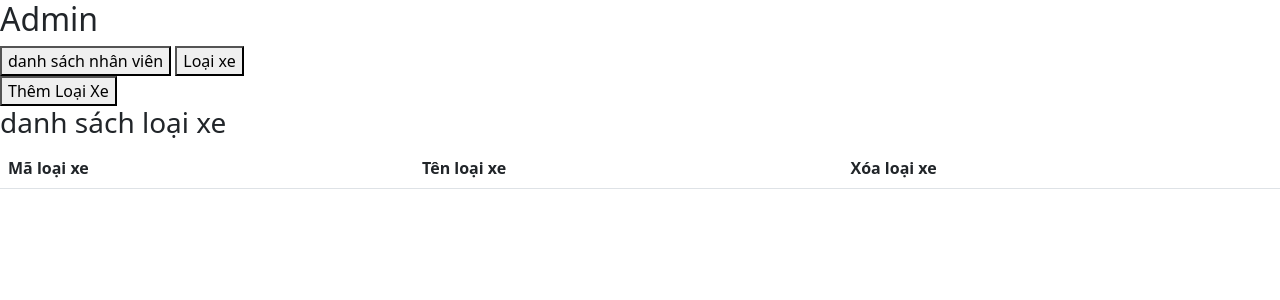
Repository: QuanghuyK1/CNPM
Page: http://localhost/CNPM/WEB-INF/views/LoaiXe/danhsach.jsp
These files come from the project's save history. The page is drawn as it stood at one moment and after the next save; the edit follows.
The browser window is 1280 px wide. The pictures show the whole page.
The page is served by Tomcat 9. Nobody is signed in. The template is opened directly, without the code that normally fills it, so the values that code supplies are empty.

Above is the page before, as saved 2022-04-22 16:17:16.

After the next save:
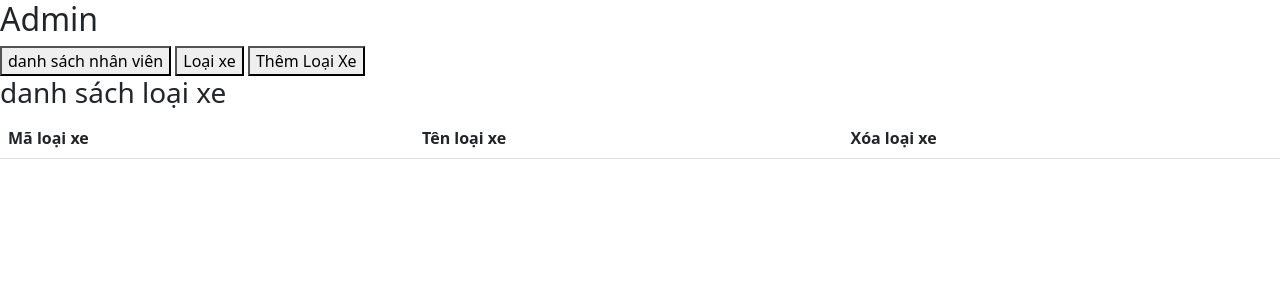
Saved 78 s later.
--- a/CNPM-main/WebXeKhach/CNPM/src/main/webapp/WEB-INF/views/LoaiXe/danhsach.jsp
+++ b/CNPM-main/WebXeKhach/CNPM/src/main/webapp/WEB-INF/views/LoaiXe/danhsach.jsp
@@ -14,9 +14,9 @@
 </head>
 <body>
 	<h2>Admin</h2>
-	<a href="danhsach.htm"><button id="showds">danh sách nhân
+	<form action = "loaixe.htm?Insert"><button id="showds">danh sách nhân
 			viên</button></a>
-	<a href = "admin/loaixe.htm"><button>Loại xe</button></a>
+	<form action = "loaixe.htm"><button>Loại xe</button></a>
 	<form action = "loaixe.htm?Insert"><button name = "Insert">Thêm Loại Xe</button></form>
 	<h3>danh sách loại xe</h3>
 	<table class="table">
